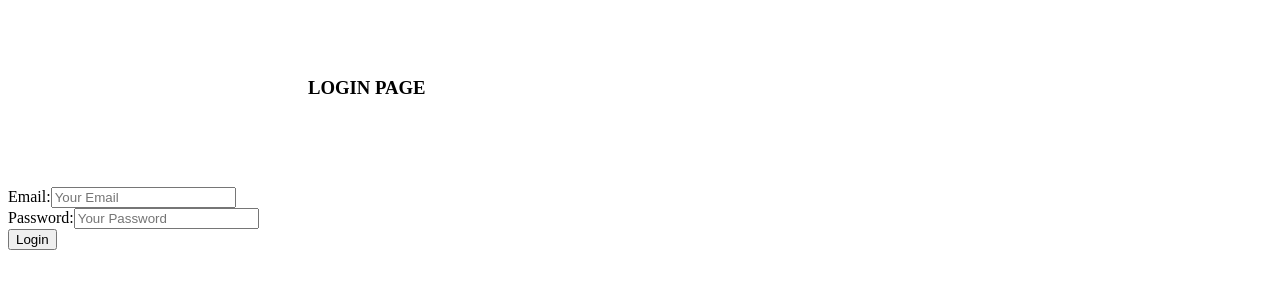
Repository: msibgathulla9980/Servlet
Page: LoginRegistrationApp/WebContent/login.html
An editor plug-in stored every save of this project. The page is shown before and after the next save, followed by the edit.
The browser window is 1280 px wide. The pictures show the whole page.

Above is the page before, as saved 2019-01-23 04:10:04.

### LoginRegistrationApp/WebContent/login.html
<!DOCTYPE html>
<html>
<head>
<h3><b><object align="middle"></object>LOGIN PAGE</b></h3>
<meta charset="UTF-8">
<title>Bridge Labz Registration</title>
</head>
<body>
<form action="login" method="post">
Email:<input type="email" name="email" placeholder="Your Email" required/><br>
Password:<input type="password" name="password" placeholder="Your Password" required/><br>
 <input type="submit" value="Login"/>
 <a href="logout.html" ></a>
</form>
</body>
</html>

After the next save:
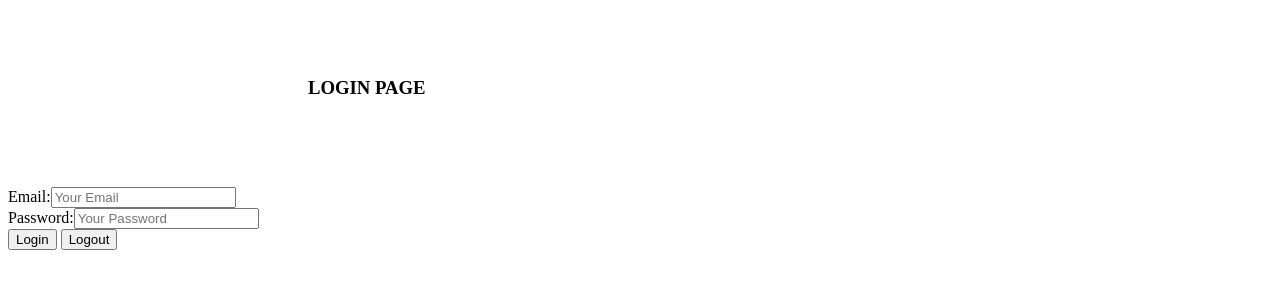
Saved 39 s later.
--- a/LoginRegistrationApp/WebContent/login.html
+++ b/LoginRegistrationApp/WebContent/login.html
@@ -10,7 +10,7 @@
 Email:<input type="email" name="email" placeholder="Your Email" required/><br>
 Password:<input type="password" name="password" placeholder="Your Password" required/><br>
  <input type="submit" value="Login"/>
- <a href="logout.html" ></a>
+ <a href="logout.html" ><input type="button" value="Logout"></a>
 </form>
 </body>
 </html>

After the save that followed:
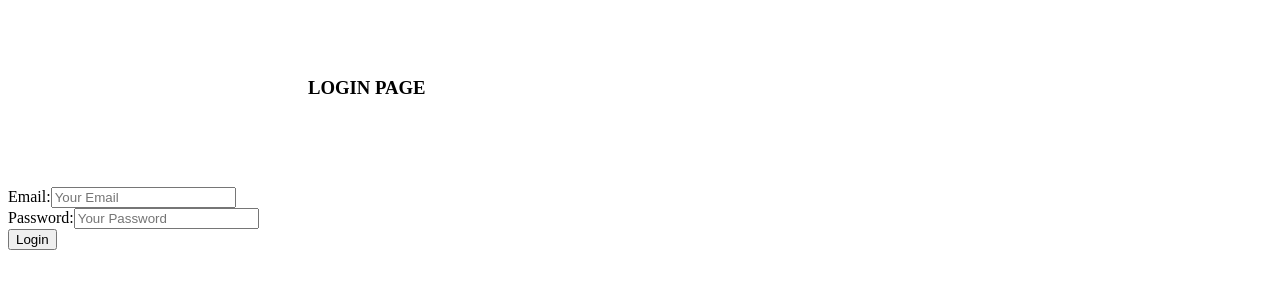
Saved 39 s later.
--- a/LoginRegistrationApp/WebContent/login.html
+++ b/LoginRegistrationApp/WebContent/login.html
@@ -10,7 +10,7 @@
 Email:<input type="email" name="email" placeholder="Your Email" required/><br>
 Password:<input type="password" name="password" placeholder="Your Password" required/><br>
  <input type="submit" value="Login"/>
- <a href="logout.html" ><input type="button" value="Logout"></a>
+
 </form>
 </body>
 </html>
